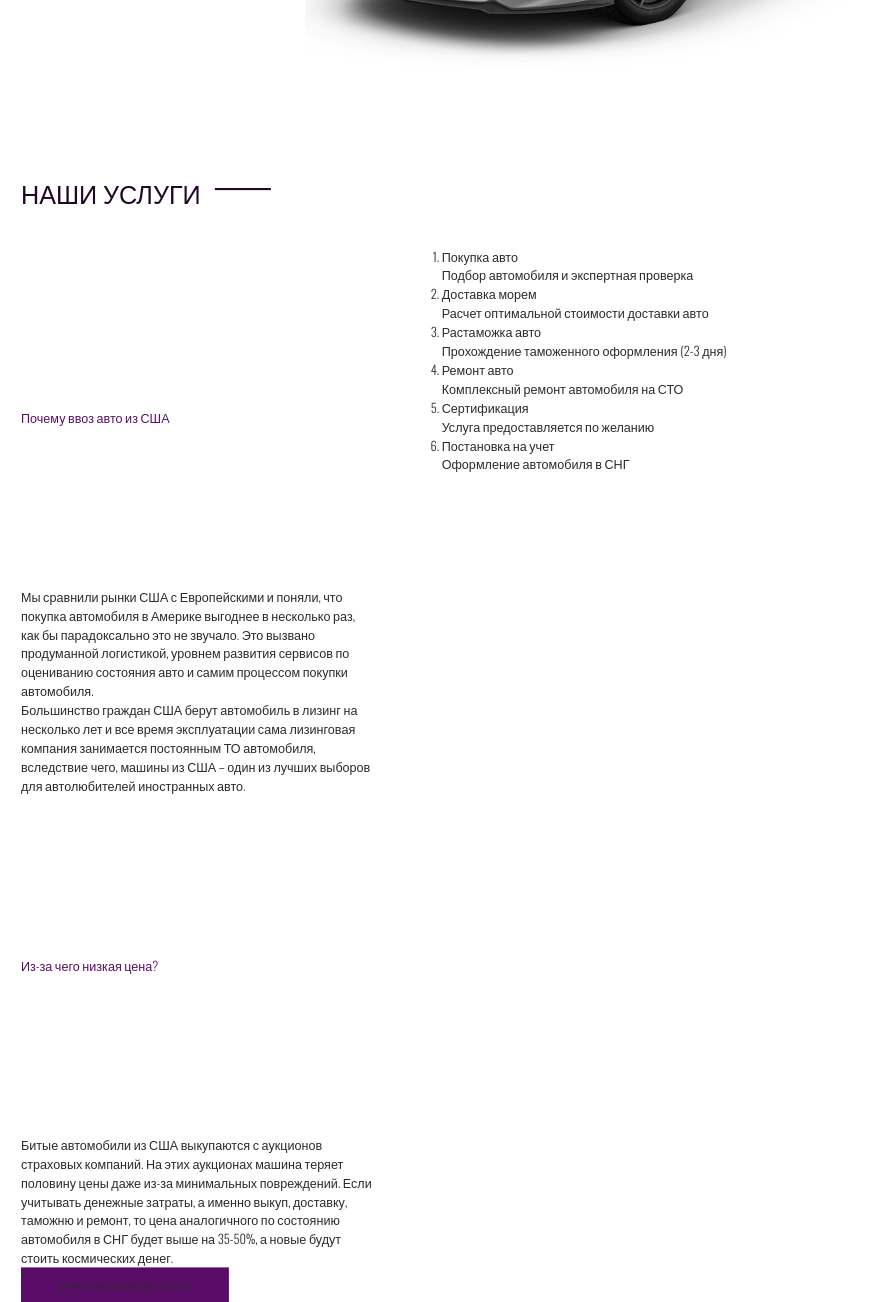
Repository: AlexandrLewandowski/site-1
Page: start/index.html
An editor plug-in stored every save of this project. The page is shown before and after the next save, followed by the edit.
The browser window is 1280 px wide. The pictures show the part of the page from y = 802 to 2722 px (the page is 2662 px tall before and 2722 px after), at 70% of full size.

Above is the page before, as saved 2024-04-28 21:27:23.

After the next save:
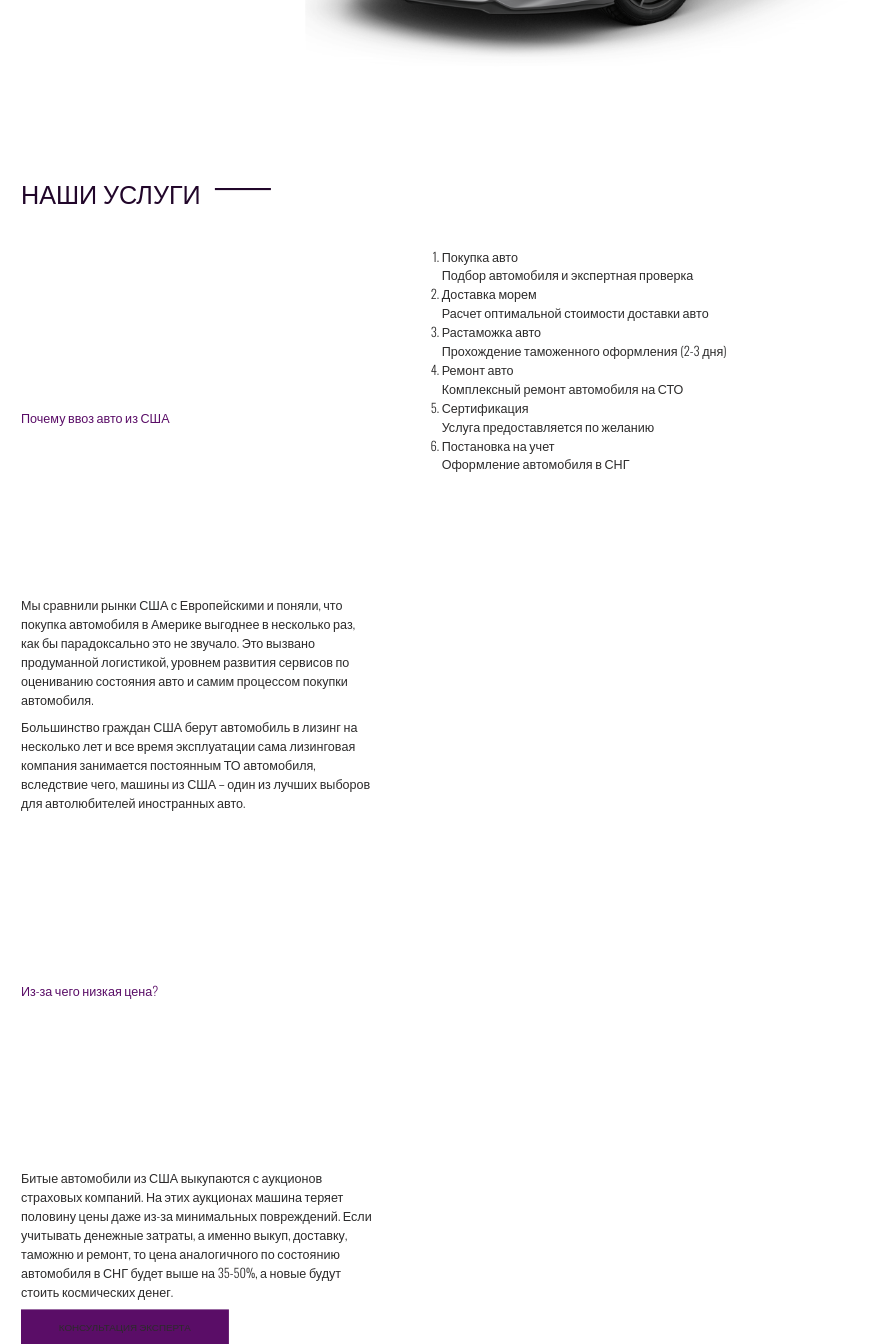
Saved 49 s later.
--- a/start/css/style.css
+++ b/start/css/style.css
@@ -141,8 +141,11 @@
     font-size: 18px;
     line-height: 27;
     font-weight: 300;
+    margin-bottom: 12px;
 }
 
 .services__content-textbox {}
 
-.services__content-text {}
+.services__content-text {
+    margin-bottom: 12px;
+}
